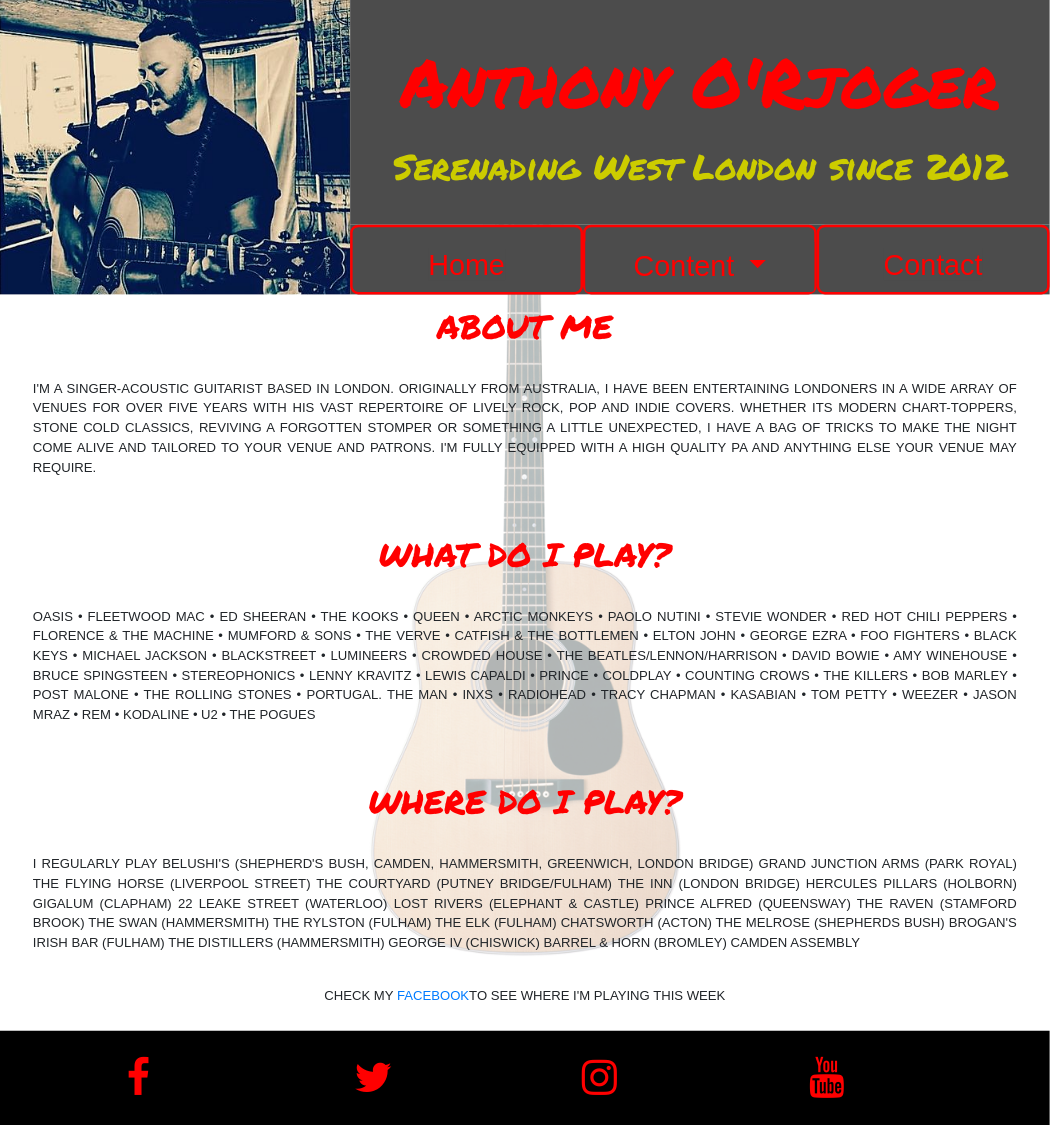
Repository: SimonGeorgeNZ/milestone_1
Page: index.html
The author's editor kept a record of every edit. The page is drawn from the files as they stood at one moment, then again after the next edit.
The browser window is 1280 px wide. The page is 1295 px wide, so the pictures cover 1295 px, including what lies to the right of the window. The pictures show the whole page, at 82% of full size.
Some web fonts or font styles are not loaded; a fallback is used. Some web libraries are served in a nearby version.

Above is the page before.

### index.html
<!DOCTYPE html>
<html lang="en">

<head>
    <meta charset="UTF-8">
    <meta name="viewport" content="width=device-width, initial-scale=1.0">
    <meta http-equiv="X-UA-Compatible" content="ie=edge">
    <link rel="stylesheet" href="assets/css/style.css" type="text/css" />
    <link rel="stylesheet" href="https://maxcdn.bootstrapcdn.com/bootstrap/4.2.1/css/bootstrap.min.css" type="text/css" />
    <link rel="stylesheet" href="https://maxcdn.bootstrapcdn.com/font-awesome/4.7.0/css/font-awesome.min.css" type="text/css" />
    <title>Anthony O'Rjoger</title>
</head>

<body>
    <header>

        <div class="row no-gutters">
            <a class="col-md-4 profile" href="index.html"></a>
            <div class="col-md-8">
                <div class="row no-gutters bg-color-title">
                    <div class="col title">
                        <h1 class="name">Anthony O'Rjoger</h1>
                        <h2 class="tag-line">Serenading West London since 2012</h2>
                    </div>
                </div>
                <div class="row no-gutters bg-col-blk">
                    <div class="col-12 col-md-6 col-lg-4 nav-but">
                        <a href="index.html" class="nav-but-text icon"><i aria-hidden="true"></i><span>Home</span></a>
                    </div>
                    <div class="col-12 col-md-6 col-lg-4 dropdown nav-but">
                        <button class="icon btn btn-secondary dropdown-toggle container-fluid" type="button" id="dropdownMenuButton" data-toggle="dropdown" aria-haspopup="true" aria-expanded="false">
    Content
  </button>
                        <div class="dropdown-menu" aria-labelledby="dropdownMenuButton">
                            <a class="dropdown-item" href="photos.html">Photos</a>
                            <a class="dropdown-item" href="videos.html">Videos</a>
                            <a class="dropdown-item" href="originals.html">Originals</a>
                        </div>
                    </div>
                    <div class="col d-md-block d-none nav-but">
                        <a href="contact.html" class="nav-but-text"><i aria-hidden="true"></i><span>Contact</span></a>
                    </div>
                </div>

            </div>

        </div>
        </div>
    </header>

    <body class="jumbotron-main">
        <div class="row">
            <div class="about">
                <h1 class="text-box-heading">About me</h1>
                <p class="text-box">
                    I'm a singer-acoustic guitarist based in London. Originally from Australia, I have been entertaining Londoners in a wide array of venues for over five years with his vast repertoire of lively rock, pop and indie covers. Whether its modern chart-toppers,
                    stone cold classics, reviving a forgotten stomper or something a little unexpected, I have a bag of tricks to make the night come alive and tailored to your venue and patrons. I'm fully equipped with a high quality PA and anything
                    else your venue may require.
                </p>
            </div>
            <div class="about">
                <h1 class="text-box-heading">What do I play?</h1>
                <p class="text-box">
                    OASIS • FLEETWOOD MAC • ED SHEERAN • THE KOOKS • QUEEN • ARCTIC MONKEYS • PAOLO NUTINI • STEVIE WONDER • RED HOT CHILI PEPPERS • FLORENCE & THE MACHINE • MUMFORD & SONS • THE VERVE • CATFISH & THE BOTTLEMEN • ELTON JOHN • GEORGE EZRA • FOO FIGHTERS •
                    BLACK KEYS • MICHAEL JACKSON • BLACKSTREET • LUMINEERS • CROWDED HOUSE • THE BEATLES/LENNON/HARRISON • DAVID BOWIE • AMY WINEHOUSE • BRUCE SPINGSTEEN • STEREOPHONICS • LENNY KRAVITZ • LEWIS CAPALDI • PRINCE • COLDPLAY • COUNTING CROWS
                    • THE KILLERS • BOB MARLEY • POST MALONE • THE ROLLING STONES • PORTUGAL. THE MAN • INXS • RADIOHEAD • TRACY CHAPMAN • KASABIAN • TOM PETTY • WEEZER • JASON MRAZ • REM • KODALINE • U2 • THE POGUES
                </p>
            </div>
            <div class="about">
                <h1 class="text-box-heading">Where do I play?</h1>
                <p class="text-box">
                    I regularly play BELUSHI'S (Shepherd's Bush, Camden, Hammersmith, Greenwich, London Bridge) GRAND JUNCTION ARMS (Park Royal) THE FLYING HORSE (Liverpool Street) THE COURTYARD (Putney Bridge/Fulham) THE INN (London Bridge) HERCULES PILLARS (Holborn) GIGALUM
                    (Clapham) 22 LEAKE STREET (Waterloo) LOST RIVERS (Elephant & Castle) PRINCE ALFRED (Queensway) THE RAVEN (Stamford Brook) THE SWAN (Hammersmith) THE RYLSTON (Fulham) THE ELK (Fulham) CHATSWORTH (Acton) THE MELROSE (Shepherds Bush)
                    BROGAN'S IRISH BAR (Fulham) THE DISTILLERS (Hammersmith) GEORGE IV (Chiswick) BARREL & HORN (Bromley) CAMDEN ASSEMBLY
                </p>

                <p class="text-box-1">Check my <a href="https://www.facebook.com/anthonyorjogermusic/" target="_blank">facebook</a>to see where I'm playing this week </p>


            </div>


        </div>
    </body>
    <footer class="container-fluid footer-bg footer">
        <div class="row  d-block d-md-none">
            <div class="col">
                <form class="contact">
                    <div class="row no-gutters form">
                        <div class="col-12 contact">
                            <input type="text" id="fullname" class="form-control" placeholder="Name" required />
                            <input type="email" id="emailaddress" class="form-control" placeholder="Email" required />
                        </div>
                        <div class="col-12">
                            <textarea rows="5" name="projectsummary" id="projectsummary" class="form-control" placeholder="Whats the gig?" required /></textarea>
                        </div>
                    </div>
                </form>
            </div>
        </div>
        <input class="submit  d-block d-md-none" type="submit" value="Ready to rock?!" data-toggle="modal" data-target="#thanks" />
        <div class="container soclai-links-top">
            <div class="row no-gutters">
                <div class="col-3">
                    <a class="social-but" target=_ "blank" href="https://www.facebook.com/anthonyorjogermusic/">
                             <i class="fa fa-facebook" aria-hidden="true"></i>
                               <span class="sr-only">facebook</span>
                        </a>
                </div>
                <div class="col-3">
                    <a class="social-but" target=_ "blank" href="https://twitter.com/anthonyorjoger">
                             <i class="fa fa-twitter" aria-hidden="true"></i>
                               <span class="sr-only">Twitter</span>
                        </a>
                </div>
                <div class="col-3">
                    <a class="social-but" target=_ "blank" href="https://www.instagram.com/aor_music/">
                             <i class="fa fa-instagram" aria-hidden="true"></i>
                               <span class="sr-only">Instagram</span>
                        </a>
                </div>
                <div class="col-3">
                    <a class="social-but" target=_ "blank" href="https://www.youtube.com/channel/UCJdZ-PkIdPwwX4xIostHZ1g">
                             <i class="fa fa-youtube" aria-hidden="true"></i>
                               <span class="sr-only">Youtube</span>
                        </a>
                </div>
            </div>
        </div>
    </footer>

</body>
<script src="https://code.jquery.com/jquery-3.4.1.slim.min.js" integrity="sha384-J6qa4849blE2+poT4WnyKhv5vZF5SrPo0iEjwBvKU7imGFAV0wwj1yYfoRSJoZ+n" crossorigin="anonymous"></script>
<script src="https://cdn.jsdelivr.net/npm/popper.js@1.16.0/dist/umd/popper.min.js" integrity="sha384-Q6E9RHvbIyZFJoft+2mJbHaEWldlvI9IOYy5n3zV9zzTtmI3UksdQRVvoxMfooAo" crossorigin="anonymous"></script>
<script src="https://stackpath.bootstrapcdn.com/bootstrap/4.4.1/js/bootstrap.min.js" integrity="sha384-wfSDF2E50Y2D1uUdj0O3uMBJnjuUD4Ih7YwaYd1iqfktj0Uod8GCExl3Og8ifwB6" crossorigin="anonymous"></script>

<div class="modal fade" id="thanks" tabindex="-1" role="dialog" aria-labelledby="exampleModalLabel" aria-hidden="true">
    <div class="modal-dialog" role="document">
        <div class="modal-content">
            <div class="modal-header">
                <h5 class="modal-title" id="exampleModalLabel">Thanks!</h5>
                <button type="button" class="close" data-dismiss="modal" aria-label="Close">
          <span aria-hidden="true">&times;</span>
        </button>
            </div>
            <div class="modal-body">
                I'll be in touch shortly
            </div>
            <div class="modal-footer">
                <button type="button" class="close" data-dismiss="modal">Close</button>
            </div>
        </div>
    </div>
</div>

</html>

### assets/css/style.css
@import url('https://fonts.googleapis.com/css?family=Alatsi|Permanent+Marker|100,200,300,400,500,600,700');



/*------------------Colors------*/

.bg-color-title {
    background-color: #4c4c4c;
}

.li-menu-color {
    background-color: #4c4c4c;
}

.bg-col-blk {
    background-color: #4c4c4c;
}

.footer-bg {
    background-color: black;
}

.submit {
    color: #ff0000!important;
    background-color: #cccc00!important;
}


.name {
    color: #ff0000;
}

.tag-line {
    color: #cccc00;
}

.nav-but {
    border-color: #ff0000;
}

.nav-but-text {
    color: #ff0000;
    background-color: #4c4c4c;
}

.dropdown-menu {
    background-color: #4c4c4c !important;
    border-color: #ff0000!important;
}

#dropdownMenuButton {
    color: #ff0000;
    background-color: #4c4c4c;
}

.dropdown-item {
    color: #ff0000!important;
}

h4 {
    color: #ff0000!important;
}

.social-links-top {
    border-color: #ff0000!important;
}


/*------------------Heading------*/

header {
    margin: 0;
}

.title {
    margin-left: 25px;
    margin-right: 25px;
}


.profile {
    background: url("../images/anthony.jpg");
    background-position: center;
    background-repeat: no-repeat;
    background-size: cover;
    min-height: 350px;
    transition: all ease-in-out;
    -moz-transition: all .5s ease-in-out;
    -webkit-transition: all .5s ease-in-out;

}

.name {
    font-family: "Permanent Marker", sans-serif;
    font-weight: 100;
    font-size: calc(70px + 1vw);
    margin-top: 50px;
    text-align: center;
    padding-bottom: 20px;
}

.tag-line {
    font-family: "Permanent Marker", sans-serif;
    font-weight: 200;
    font-size: calc(30px + 1vw);
    margin-bottom: 20px;
    text-align: center;
    padding-bottom: 25px;
}


.menucontainer {
    font-size: 0;
}

#nav li {
    font-size: 14px;
    padding: 0;
    margin: 0;
}

.soclai-links-top {
    padding-bottom: 0;
    margin: 0;
    border-style: none;
}

/*------------------Nav------*/

.nav-but {
    border-style: solid;
    border-width: 3px;
    border-radius: 10px;
    text-align: center;
    padding-top: 20px;
}

.nav-but-text {
    font-family: 'Alatsi', sans-serif;
    font-size: 35px;
}

.dropdown-menu {
    border-width: 3px!important;
    font-size: 35px!important;
    text-align: center!important;
    min-width: 75px!important;
    min-height: 75px!important;
    border-radius: 10px!important;
}

#dropdownMenuButton {
    font-family: 'Alatsi', sans-serif;
    font-size: 35px;
    border: none;
}

.icon {
    font-size: 35px!important;
    color: #ff0000;
}

.dropdown {
    padding-top: 15px;
}

.dropdown-menu .dropdown-item:hover {
    background-color: transparent;
}

.nav-but-text:hover {
    cursor: pointer;
    color: #ff0000;
    text-decoration: none;
}


/*------------------Main-section------*/

.text-box-heading {
    color: #ff0000;
    font-family: "Permanent Marker", sans-serif;
    text-transform: uppercase;
}

.text-box {
    font-family: 'Alatsi', sans-serif;
    margin: 40px;
    text-transform: uppercase;
}

.text-box-1 {
    font-family: 'Alatsi', sans-serif;
    text-align: center;
    text-transform: uppercase;
}

h1 {
    color: #ff000!important;
}

.jumbotron {
    margin-bottom: 0!important;
    padding: 0;
}

.jumbotron-main {
    background-attachment: scroll;
    background: url("../images/Background-image.png");
    background-repeat: no-repeat;
    background-position: center;
    padding: 0;

}

.social-but {
    font-size: 50px;
    color: #ff0000;
    margin-left: 25%;
}

.about {
    text-align: justify;
    margin: 15px;
}

.text-box-heading {
    text-align: center;
}

.form-control {
    border-style: solid!important;
    border-width: 3px!important;
    border-color: #000000!important;
}

.image {
    margin: auto;
    margin-top: 100px;
    margin-bottom: 350px;
    display: block;
    height: 200px;
    width: 200px;

}

.video {
    text-align: center;
    height: 150px;
    width: 150px;
    margin-top: 50px;
    margin-bottom: 100px;
}

.image:hover {
    cursor: pointer;
}

/*------------------Footer------*/

.footer {
    padding: 20px;
}

.submit {
    font-family: 'Alatsi', sans-serif;
    font-size: 26px;
    border: none;
    display: block;
    margin: auto;
    margin-top: 15px;
    margin-bottom: 20px;
    border-radius: 15px;
}

.contact {
    padding: 10px;
    margin-top: 20px;

}

#fullname {
    margin-bottom: 10px;
}

input[type="text"] {
    font-family: 'Alatsi', sans-serif;
    font-size: 26px;
}

input[type="email"] {
    font-family: 'Alatsi', sans-serif;
    font-size: 26px;
}

#projectsummary {
    font-family: 'Alatsi', sans-serif;
    font-size: 26px;
}

.social-links-top {
    width: 100vw;
}



/*------------------------modal----------------*/

.modal {
    display: flex;
}

#myModal {
    height: auto;
    width: auto;
    text-align: center;
}

After the next edit:
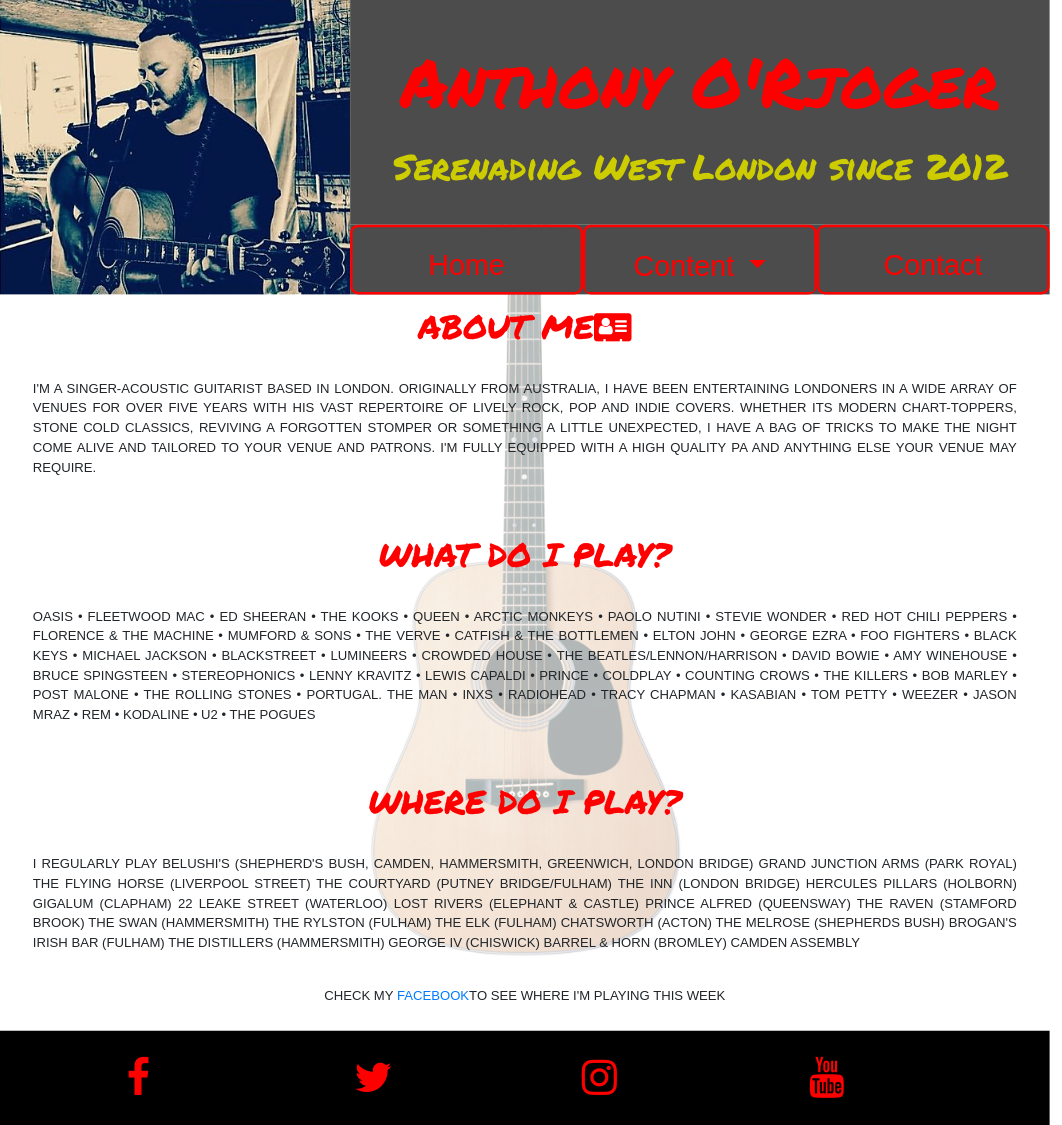
The edit:
--- a/index.html
+++ b/index.html
@@ -51,7 +51,8 @@
     <body class="jumbotron-main">
         <div class="row">
             <div class="about">
-                <h1 class="text-box-heading">About me</h1>
+
+                <h1 class="text-box-heading">About me<i class="fa fa-address-card"></i></h1>
                 <p class="text-box">
                     I'm a singer-acoustic guitarist based in London. Originally from Australia, I have been entertaining Londoners in a wide array of venues for over five years with his vast repertoire of lively rock, pop and indie covers. Whether its modern chart-toppers,
                     stone cold classics, reviving a forgotten stomper or something a little unexpected, I have a bag of tricks to make the night come alive and tailored to your venue and patrons. I'm fully equipped with a high quality PA and anything
